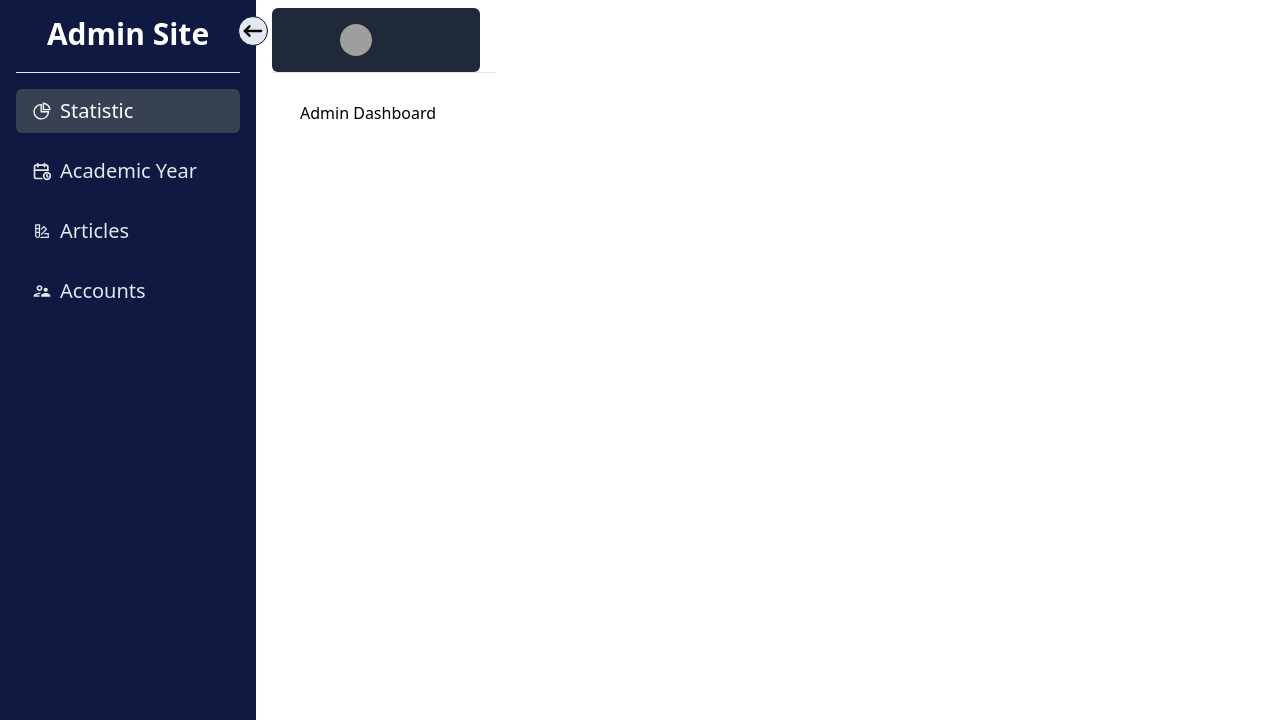
Repository: huynhvanngoan/COMP1640FE-Template
Page: /admin
These files come from the project's save history. The page is drawn as it stood at one moment and after a run of saves; the edit follows.
The browser window is 1280 px wide. The pictures show the whole page.
Pictures or frames that could not be fetched are drawn as grey boxes. The project was rebuilt for these pictures with package versions that can differ from the ones it lists, and the page was loaded fresh each time. Also part of the build but not shown: src/components/buttonStyles.js, src/pages/LoginPage.jsx, src/pages/student/StudentDashboard.jsx, src/pages/department/DepartmentDashboard.jsx, src/pages/marketing/MarketingDashboard.jsx, src/pages/guest/GuestDashboard.jsx.

Above is the page before, as saved 2024-03-24 07:45:57.

### src/index.js
import React from 'react';
import ReactDOM from 'react-dom/client';
import './index.css';
import App from './App';

const root = ReactDOM.createRoot(document.getElementById('root'));
root.render(
  <React.StrictMode>
      <App />
  </React.StrictMode>
)

### src/index.css
@import url('https://fonts.googleapis.com/css2?family=Inter:wght@100;200;300;400;500;600;700;800;900&display=swap');
@tailwind base;
@tailwind components;
@tailwind utilities;

### src/App.js
import React from 'react'
import { BrowserRouter as Router, Routes, Route, Navigate } from "react-router-dom";
import LoginPage from './pages/LoginPage';
import StudentDashboard from './pages/student/StudentDashboard';
import DepartmentDashboard from './pages/department/DepartmentDashboard';
import MarketingDashboard from './pages/marketing/MarketingDashboard';
import GuestDashboard from './pages/guest/GuestDashboard';
import Layout from './pages/admin/layout';
const App = () => {


  return (
    <Router>
        <Routes>
          <Route path="/login" element={<LoginPage/>} />

          <Route path="/admin" element={<Layout />}/>

          <Route path="/student-dashboard" element={<StudentDashboard />}/>

          <Route path="/guest-dashboard" element={<GuestDashboard />}/>

          <Route path="/department-dashboard" element={<DepartmentDashboard />}/>

          <Route path="/marketing-dashboard" element={<MarketingDashboard />}/>

          {/* <Route path='/marketing-homepage' element={<MarketingHomePage  />}/> */}

          <Route path='*' element={<Navigate to="/login" />} />

        </Routes>
    </Router>
  )
}

export default App

### src/pages/admin/layout.js
import React from 'react';
import Sidebar from './Sidebar';
import Header from './Header';
import AdminDashboard from './AdminDashboard';


export default function Layout() {
  return (
      <div className='flex'>
        <Sidebar />
        <div className='flex flex-col'>
          <Header />
          <AdminDashboard />
        </div>
      </div>
  );
}

### src/pages/admin/Sidebar.js
import React, { useState } from 'react';
import { Link } from 'react-router-dom';
import { AiOutlinePieChart } from "react-icons/ai";
import { TbCalendarTime } from "react-icons/tb";
import { LiaSwatchbookSolid } from "react-icons/lia";
import { MdOutlineSupervisorAccount } from "react-icons/md";
import { TbArrowNarrowLeft } from "react-icons/tb";
export const SidebarContent = [
  {
    icon: AiOutlinePieChart,
    heading: "Statistic"
  },
  {
    icon: TbCalendarTime,
    heading: "Academic Year"
  },
  {
    icon: LiaSwatchbookSolid,
    heading: "Articles"
  },
  {
    icon: MdOutlineSupervisorAccount,
    heading: "Accounts"
  }
]

export default function Sidebar() {
  const [selected, setSelected] = useState(0);
  const [colapse, setColapse] = useState(true);

  return (
    <div className={`left-0 top-0 h-screen bg-[#0f1941] p-4 ${colapse ? "w-64" : "w-20"} duration-300`}>
        <div className='flex flex-col'>
           <div className='relative flex h-12 justify-end'>
            {
              colapse ? (<h1 className='text-white text-3xl font-bold mx-auto '>Admin Site</h1>) : ''
            }
            <TbArrowNarrowLeft className={`text-3xl bg-slate-200 rounded-full cursor-pointer absolute -right-7 border border-[#080e24] hover:text-white ${!colapse && 'rotate-180'}`} onClick={() => setColapse(!colapse)} />
           </div>
          <ul className='my-2 border-t pt-4 w-full items-center'>
            {SidebarContent.map((item, index) => {
              return (
                <li className={selected === index  ? "mb-4 group active" : "mb-4" } key={index} onClick={() => setSelected(index)}>
                  <Link to="#" className={`flex w-full rounded-md items-center space-x-2 text-gray-200 hover:bg-[#080e24] hover:text-white group-[.active]:bg-gray-700 group-[.active]:text-white ${colapse ? 'text-xl px-4 py-2 ': 'text-3xl px-2 py-1'}`}>
                    { colapse ? (
                      <>
                        <item.icon />
                        <span>{item.heading}</span>
                      </>
                    ) : ( <item.icon />)
                    }
                  </Link>
                </li>
              )
            })}
          </ul>
        </div>
    </div>
  );
}

### src/pages/admin/Header.js
import { Disclosure, Menu, Transition } from '@headlessui/react';
import React from 'react';
import { Fragment } from 'react';
function classNames(...classes) {
  return classes.filter(Boolean).join(' ')
}

export default function Header() {
  return (
    <Disclosure as="nav" className="bg-gray-800 mt-2 m rounded-md ml-4 right-0 w-7xl">
      {({ open }) => (
        <>
          <div className="mx-auto max-w-full px-2 sm:px-6 lg:px-8">
            <div className="relative flex h-16 items-center justify-between">
              <div className="absolute inset-y-0 right-0 flex items-center pr-2 sm:static sm:inset-auto sm:ml-6 sm:pr-0">
                <Menu as="div" className="relative ml-3">
                  <div>
                    <Menu.Button className="relative flex rounded-full bg-gray-800 text-sm focus:outline-none focus:ring-2 focus:ring-white focus:ring-offset-2 focus:ring-offset-gray-800">
                      <span className="absolute -inset-1.5" />
                      <span className="sr-only">Open user menu</span>
                      <img
                        className="h-8 w-8 rounded-full"
                        src="https://images.unsplash.com/photo-1472099645785-5658abf4ff4e?ixlib=rb-1.2.1&ixid=eyJhcHBfaWQiOjEyMDd9&auto=format&fit=facearea&facepad=2&w=256&h=256&q=80"
                        alt=""
                      />
                    </Menu.Button>
                  </div>
                  <Transition
                    as={Fragment}
                    enter="transition ease-out duration-100"
                    enterFrom="transform opacity-0 scale-95"
                    enterTo="transform opacity-100 scale-100"
                    leave="transition ease-in duration-75"
                    leaveFrom="transform opacity-100 scale-100"
                    leaveTo="transform opacity-0 scale-95"
                  >
                    <Menu.Items className="absolute right-0 z-10 mt-2 w-48 origin-top-right rounded-md bg-white py-1 shadow-lg ring-1 ring-black ring-opacity-5 focus:outline-none">
                      <Menu.Item>
                        {({ active }) => (
                          <a
                            href="#"
                            className={classNames(active ? 'bg-gray-100' : '', 'block px-4 py-2 text-sm text-gray-700')}
                          >
                            Your Profile
                          </a>
                        )}
                      </Menu.Item>
                      <Menu.Item>
                        {({ active }) => (
                          <a
                            href="#"
                            className={classNames(active ? 'bg-gray-100' : '', 'block px-4 py-2 text-sm text-gray-700')}
                          >
                            Settings
                          </a>
                        )}
                      </Menu.Item>
                      <Menu.Item>
                        {({ active }) => (
                          <a
                            href="#"
                            className={classNames(active ? 'bg-gray-100' : '', 'block px-4 py-2 text-sm text-gray-700')}
                          >
                            Sign out
                          </a>
                        )}
                      </Menu.Item>
                    </Menu.Items>
                  </Transition>
                </Menu>
              </div>
            </div>
          </div>
        </>
      )}
    </Disclosure>
  )
}

### src/pages/admin/AdminDashboard.js
import React from 'react'

const AdminDashboard = () => {
  return (
      <div className='p-7 mx-4 w-full border-t'>
        Admin Dashboard
      </div>
  )
}

export default AdminDashboard

### tailwind.config.js
/** @type {import('tailwindcss').Config} */
module.exports = {
  content: [
    "./src/**/*.{js,jsx,ts,tsx}",
  ],
  theme: {
    extend: {
      fontFamily: {
        "inter": ["Inter", "sans-serif"]
      }
    },
  },
  plugins: [],
}

Loaded but not shown: public/index.html (common file)

After the next 2 saves:
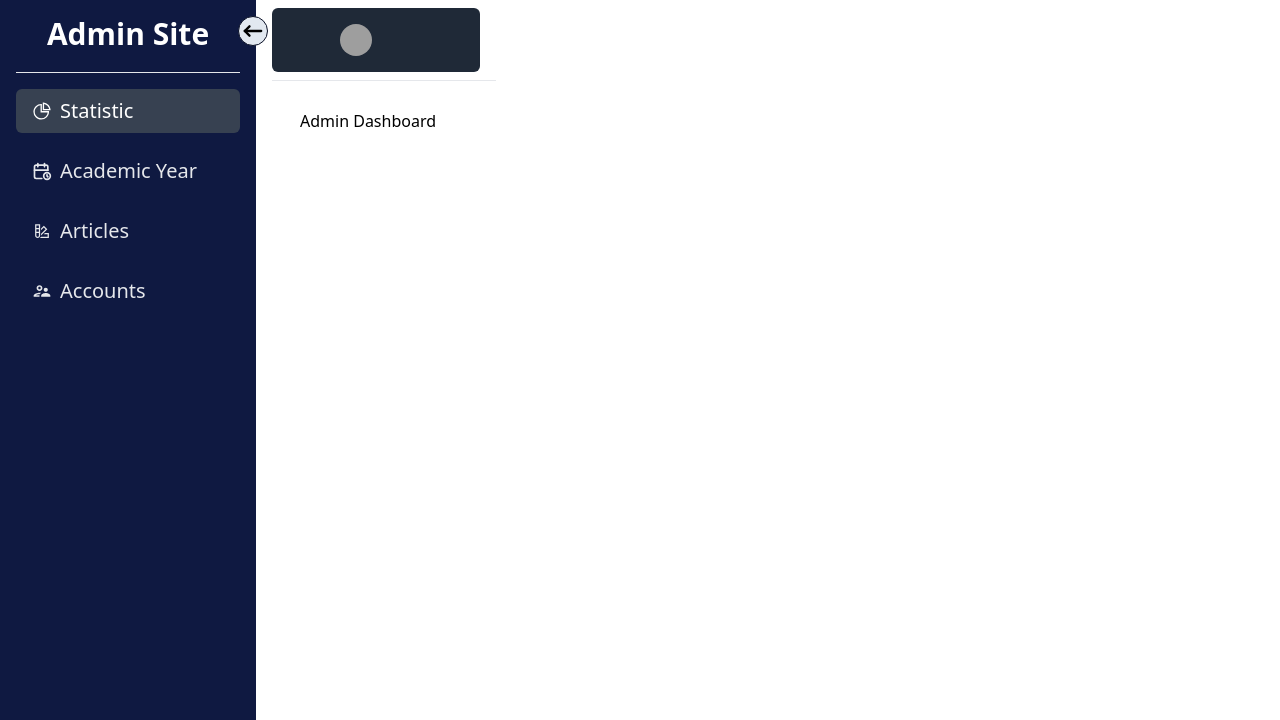
The 2 saves are shown as one change because they came seconds apart.
The last was saved 9 s later.
--- a/src/pages/admin/Header.js
+++ b/src/pages/admin/Header.js
@@ -7,7 +7,7 @@ function classNames(...classes) {
 
 export default function Header() {
   return (
-    <Disclosure as="nav" className="bg-gray-800 mt-2 m rounded-md ml-4 right-0 w-7xl">
+    <Disclosure as="nav" className="bg-gray-800 my-2 rounded-md ml-4 right-0 w-7xl">
       {({ open }) => (
         <>
           <div className="mx-auto max-w-full px-2 sm:px-6 lg:px-8">
